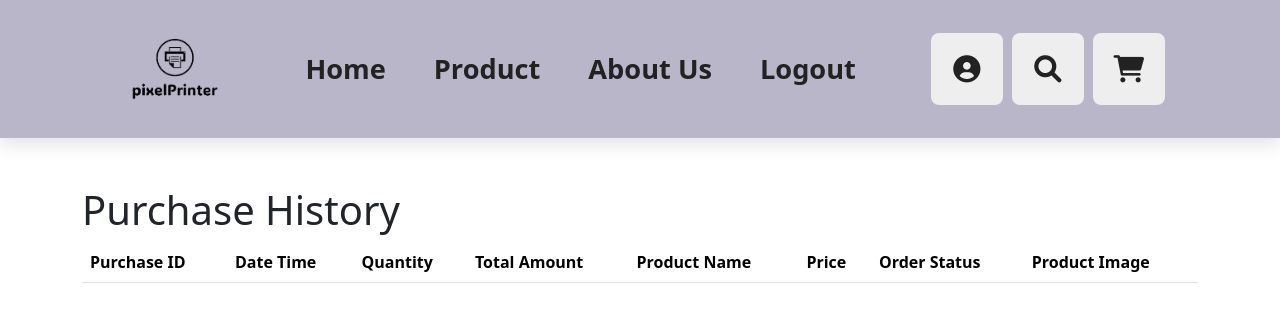
Repository: happy-kitty0821/PixlePrinters
Page: http://localhost/PixlePrint/PurchaseHistroyOfUserServlet
An editor plug-in stored every save of this project. The page is shown before and after the next save, followed by the edit.
The browser window is 1280 px wide. The pictures show the whole page.
The page is served by Tomcat 9. The session is filled in as if someone had signed in: {"username": "testuser", "userId": 1, "accountType": "admin"}. Other server files are loaded and not shown. Queries for data that is not in the repository find no rows.

Above is the page before, as saved 2024-05-09 15:52:52.

### PixlePrint/src/main/webapp/pages/PurchaseHistroy.jsp
<%@ page import="java.util.List" %>
<%@ page import="models.PurchaseHistroyModel" %>
<%@ page import="utils.Utilities" %>
<%@ include file="Header.jsp" %>

<!-- Add Bootstrap CSS link -->
<link href="https://cdn.jsdelivr.net/npm/bootstrap@5.3.2/dist/css/bootstrap.min.css" rel="stylesheet">

<body>
    <div class="container mt-5">
        <h1>Purchase History</h1>
        <table class="table table-striped">
            <thead>
                <tr>
                    <th>Purchase ID</th>
                    <th>Date Time</th>
                    <th>Quantity</th>
                    <th>Total Amount</th>
                    <th>Product Name</th>
                    <th>Price</th>
                    <th>Order Status</th>
                    <th>Product Image</th>
                </tr>
            </thead>
            <tbody>
                <% for (PurchaseHistroyModel purchase : (List<PurchaseHistroyModel>) request.getAttribute("purchaseHistroy")) { %>
                    <tr>
                        <td><%= purchase.getPurchaseId() %></td>
                        <td><%= purchase.getDateTime() %></td>
                        <td><%= purchase.getQuantity() %></td>
                        <td><%= purchase.getTotalAmount() %></td>
                        <td><%= purchase.getProductName() %></td>
                        <td><%= purchase.getPrice() %></td>
                        <td><%= purchase.getPurchaseStatus() %></td>
                        <td><img src="<%= request.getContextPath() %>/Uploads/ProductImages/<%= purchase.getProductImage() %>" alt="<%= purchase.getProductName() %>" style="max-width: 100px; max-height: 100px;"></td>
                    </tr>
                <% } %>
            </tbody>
        </table>
    </div>

    <!-- Add Bootstrap JavaScript and dependencies (optional) -->
    <script src="https://cdn.jsdelivr.net/npm/bootstrap@5.3.2/dist/js/bootstrap.bundle.min.js"></script>
</body>

### PixlePrint/src/main/webapp/pages/Header.jsp
<%@ page contentType="text/html;charset=UTF-8" language="java" %>
<%@ page import="utils.Utilities"%>
<!DOCTYPE html>
<html lang="en">
<head>
<meta charset="UTF-8">
<meta http-equiv="X-UA-Compatible" content="IE=edge">
<link rel="icon"
    href="${pageContext.request.contextPath}/Images/pixelprinter-high-resolution-logo.png"
    type="image/png">
<meta name="viewport" content="width=device-width, initial-scale=1.0">
<title>
    <%-- Default title --%>
    Printer Design
    <%-- Get the current page from the request URI and set the title accordingly --%>
    <% String currentPage = request.getRequestURI();
       if (currentPage.endsWith("Index.jsp")) { %>
           | Home
       <% } else if (currentPage.endsWith("DisplayProductToCustomerServlet")) { %>
           | Product
       <% } else if (currentPage.endsWith("Contact.jsp")) { %>
           | About Us
       <% } else if (currentPage.endsWith("Login.jsp")) { %>
           | Login
       <% } else if (currentPage.endsWith("LogoutServlet")) { %>
           | Logout
       <% } %>
</title>
<link rel="stylesheet"
    href="https://cdnjs.cloudflare.com/ajax/libs/font-awesome/6.0.0-beta3/css/all.min.css">
<link rel="stylesheet"
    href="${pageContext.request.contextPath}/css/Header.css" />
</head>

<body>
    <section id="header" class="header">
        <a href="${pageContext.request.contextPath}/pages/Index.jsp"><img
            src="${pageContext.request.contextPath}/Images/logo.png" class="logo"
            style="width: 120px; height: auto;"></a>
        <nav class="navbar">
            <a class="active"
                href="${pageContext.request.contextPath}/pages/Index.jsp">Home</a> <a
                href="${pageContext.request.contextPath}/DisplayProductToCustomerServlet">Product</a>
            <a href="${pageContext.request.contextPath}/pages/Contact.jsp">About
                Us</a>
            <%
            if (session.getAttribute("username") == null) {
            %>
                <a href="${pageContext.request.contextPath}/pages/Login.jsp">Login</a>
            <% } else { %>
                <a href="${pageContext.request.contextPath}/LogoutServlet">Logout</a>
            <% } %>
        </nav>
        <div class="icons">
            <div id="menu-btn" class="fas fa-bars"></div>
            <a href="${pageContext.request.contextPath}/UserProfile" class="fas fa-user-circle"></a>
            <a href="${pageContext.request.contextPath}/pages/Search.jsp" class="fas fa-search"></a>
            <a href="${pageContext.request.contextPath}/DisplayCart" class="fas fa-shopping-cart"></a>
        </div>
    </section>
</body>
</html>

### PixlePrint/src/main/java/controller/servlets/PurchaseHistroyOfUserServlet.java
package controller.servlets;

import java.io.IOException;
import java.util.List;

import javax.servlet.ServletException;
import javax.servlet.annotation.WebServlet;
import javax.servlet.http.HttpServlet;
import javax.servlet.http.HttpServletRequest;
import javax.servlet.http.HttpServletResponse;

import controller.DatabaseController;
import models.PurchaseHistroyModel;
import utils.Utilities;

/**
 * Servlet implementation class PurchaseHistroyOfUserServlet
 */
@WebServlet("/PurchaseHistroyOfUserServlet")
public class PurchaseHistroyOfUserServlet extends HttpServlet {
	private static final long serialVersionUID = 1L;
     DatabaseController dbController = new DatabaseController();
    /**
     * @see HttpServlet#HttpServlet()
     */
    public PurchaseHistroyOfUserServlet() {
        super();
        // TODO Auto-generated constructor stub
    }

	/**
	 * @see HttpServlet#doGet(HttpServletRequest request, HttpServletResponse response)
	 */
	protected void doGet(HttpServletRequest request, HttpServletResponse response) throws ServletException, IOException {
		String username = (String) request.getSession().getAttribute("username");
		if(username != null) {
			int userId = (int) request.getSession().getAttribute("userId");
			List<PurchaseHistroyModel> purchaseHistroy = dbController.getUserPruchaseHistroy(userId);
			request.setAttribute("purchaseHistroy", purchaseHistroy);
			request.getRequestDispatcher("/pages/PurchaseHistroy.jsp").forward(request, response);
		}
		else {
			response.sendRedirect(request.getContextPath() + Utilities.LOGIN_PAGE);
		}
	}

	/**
	 * @see HttpServlet#doPost(HttpServletRequest request, HttpServletResponse response)
	 */
	protected void doPost(HttpServletRequest request, HttpServletResponse response) throws ServletException, IOException {
		// TODO Auto-generated method stub
		doGet(request, response);
	}

}

### PixlePrint/src/main/webapp/css/Header.css
@charset "ISO-8859-1";
*{
    margin: 0;
    padding: 0;
    box-sizing: border-box;
    font-family: system-ui;
}
body {
    font-family: 'system-ui', 'Spartan', sans-serif;
}


.header{
    position: sticky;
    top: 0;
    left: 0;
    right: 0;
    z-index: 1000;
    box-shadow: 0 0.5rem 1rem rgba(0,0,0,0.1);
    background:#b9b6ca;
    display: flex;
    align-items: center;
    justify-content: space-between;
    padding:1.5rem 9%;
}
.header .logo{
    font-size: 2.5rem;
    color: #222;
    font-weight: bolder;
    mix-blend-mode:multiply;
}
.header .logo i{
	mix-blend-mode:multiply;
    color: #2d709d;
}
.header .navbar a{
    margin: 0 1.5rem;
    font-size: 1.7rem;
    color: #222;
	text-decoration: none;
	font-weight: 700;
}
.header .navbar a:hover{
    color: #2d7f85;
}
.header .icons div,
.header .icons a{
    height: 4.5rem;
    width:4.5rem;
    line-height: 4.5rem;
    border-radius: .5rem;
    background: #eee;
    font-size: 1.7rem;
    color: #222;
    margin-left: .3rem;
    text-align: center;
    cursor: pointer;
    text-decoration: none
}
.header .icons a:hover,
.header .icons div:hover{
    background: #298f93;
    color: #fff;
}
.header #menu-btn{
    display: none;
}

After the next save:
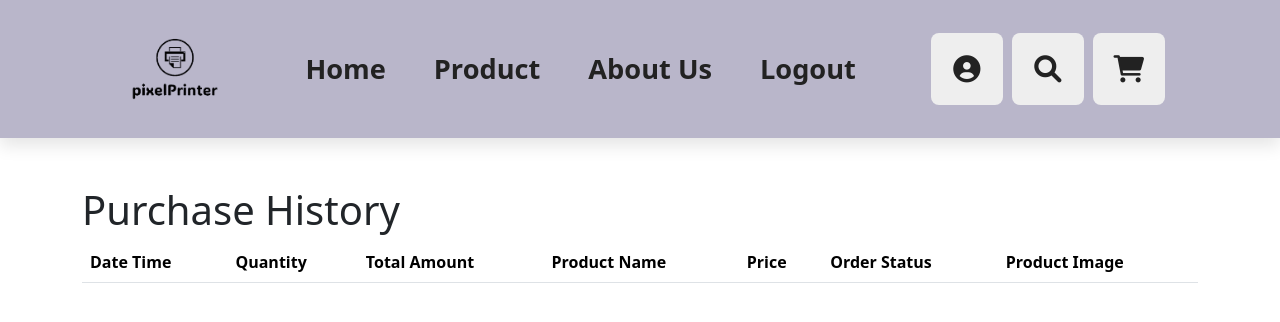
Saved 42 s later.
--- a/PixlePrint/src/main/webapp/pages/PurchaseHistroy.jsp
+++ b/PixlePrint/src/main/webapp/pages/PurchaseHistroy.jsp
@@ -12,7 +12,6 @@
         <table class="table table-striped">
             <thead>
                 <tr>
-                    <th>Purchase ID</th>
                     <th>Date Time</th>
                     <th>Quantity</th>
                     <th>Total Amount</th>
@@ -25,7 +24,6 @@
             <tbody>
                 <% for (PurchaseHistroyModel purchase : (List<PurchaseHistroyModel>) request.getAttribute("purchaseHistroy")) { %>
                     <tr>
-                        <td><%= purchase.getPurchaseId() %></td>
                         <td><%= purchase.getDateTime() %></td>
                         <td><%= purchase.getQuantity() %></td>
                         <td><%= purchase.getTotalAmount() %></td>
